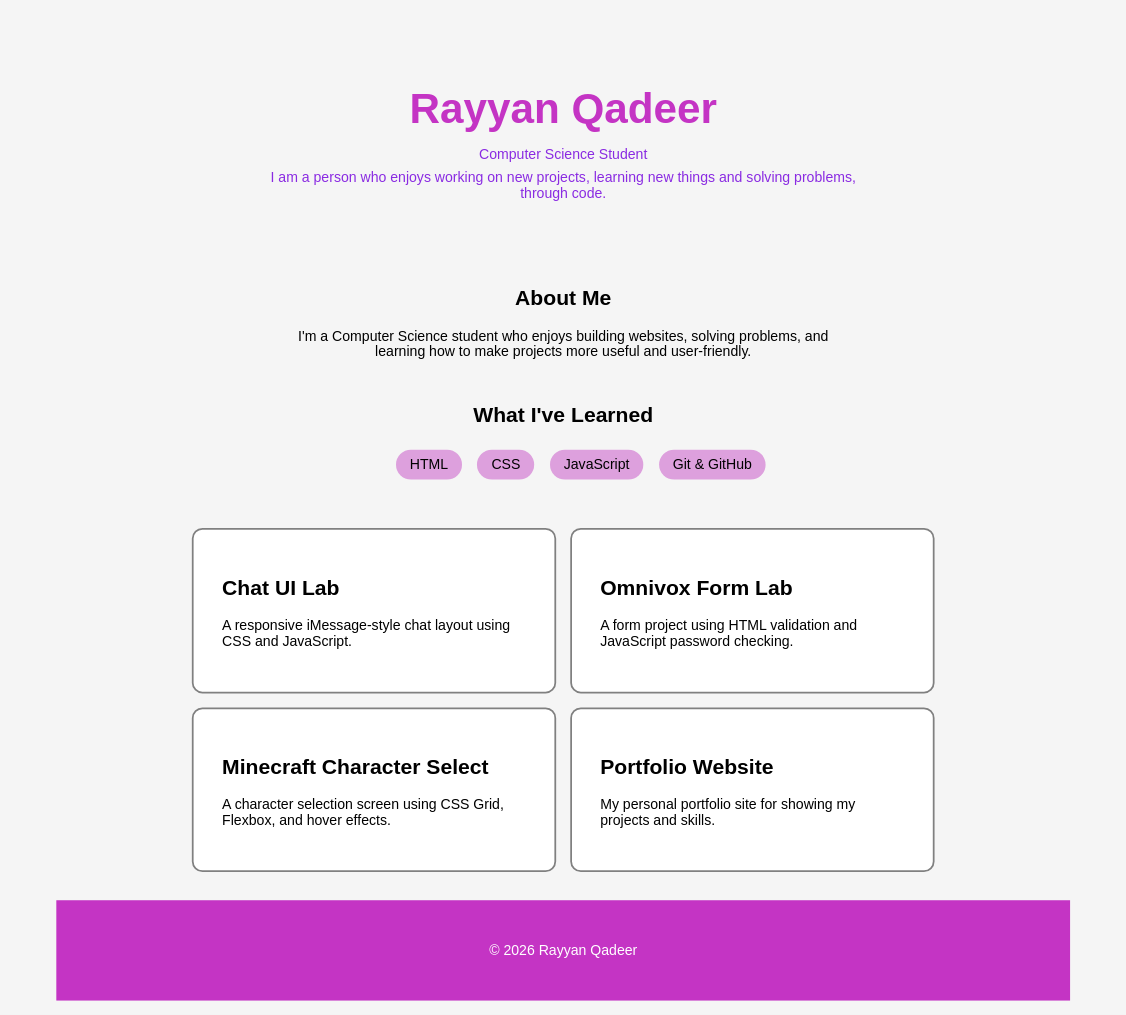
Repository: rayyan-qadeer/rayyan-qadeer
Page: index.html
An editor plug-in stored every save of this project. The page is shown before and after the next save, followed by the edit.
The browser window is 1280 px wide. The pictures show the whole page, at 88% of full size.

Above is the page before, as saved 2026-05-06 13:35:08.

### index.html
<!doctype html>
<html lang="en">
  <head>
    <meta charset="UTF-8" />
    <meta name="viewport" content="width=device-width, initial-scale=1.0" />
    <title>Rayyan Qadeer Portfolio</title>
    <link rel="stylesheet" href="./styles/globals.css" />
    <link rel="stylesheet" href="./styles/index.css" />
  </head>
  <body>
    <main>
      <header>
        <!-- header is clear, but the intro could be a bit more personal -->
        <h1>Rayyan Qadeer</h1>
        <p class="subtitle">Computer Science Student</p>
        <p class="description">
          I am a person who enjoys working on new projects, learning new things
          and solving problems, through code.
        </p>
      </header>

      <section class="about">
        <h2>About Me</h2>
        <p>
          I'm a Computer Science student who enjoys building websites, solving
          problems, and learning how to make projects more useful and
          user-friendly.
        </p>
      </section>

      <section class="skills">
        <h2>What I've Learned</h2>
        <ul>
          <li>HTML</li>
          <li>CSS</li>
          <li>JavaScript</li>
          <li>Git & GitHub</li>
        </ul>
      </section>

      <section class="projects">
        <!-- add more specificity to each project cards title and description instead of placeholder text -->
        <article class="card">
          <h2>Chat UI Lab</h2>
          <p>
            A responsive iMessage-style chat layout using CSS and JavaScript.
          </p>
        </article>

        <article class="card">
          <h2>Omnivox Form Lab</h2>
          <p>
            A form project using HTML validation and JavaScript password
            checking.
          </p>
        </article>

        <article class="card">
          <h2>Minecraft Character Select</h2>
          <p>
            A character selection screen using CSS Grid, Flexbox, and hover
            effects.
          </p>
        </article>

        <article class="card">
          <h2>Portfolio Website</h2>
          <p>My personal portfolio site for showing my projects and skills.</p>
        </article>
      </section>

      <footer>
        <p>© 2026 Rayyan Qadeer</p>
        <!-- the footer works, but its a bit too simple, should include contact links later to make my portfolio stronger -->
      </footer>
    </main>
  </body>
</html>

### styles/globals.css
body {
    margin: 0rem;
    font-family: Arial, Helvetica, sans-serif;
    background-color: whitesmoke;
    color: black;
}

### styles/index.css
main {
  padding: 1rem;
  max-width: 90%;
  margin: 0 auto;
}

header {
  text-align: center;
  margin-bottom: 3rem;
  padding: 3rem 1rem;
}

header h1 {
  font-size: 3rem;
  margin-bottom: 0.5rem;
  color: rgb(196, 52, 196);
}

.subtitle {
  color: blueviolet;
  margin-bottom: 0.5rem;
}

.description {
  max-width: 43.75rem; /* should be % */
  margin: 0 auto;
  color: blueviolet;
}

.about,
.skills {
  text-align: center;
  max-width: 650px; /* should be % */
  margin: 3rem auto;
}

.skills li {
  display: inline-block;
  margin: 0.4rem;
  padding: 0.5rem 1rem;
  background-color: plum;
  border-radius: 1.25rem;
}

.projects {
  display: flex;
  flex-direction: column;
  gap: 1rem;
  margin: 2rem auto;
}

.card {
  background-color: white;
  padding: 2rem;
  border-radius: 0.75rem;
  border: 2px solid gray;
}

/* hover effect works, but it should still b checked on mobile where hover is not useful*/
.card:hover {
  transform: translateY(-4px);
  background-color: plum;
}

footer {
  text-align: center;
  margin-top: 2rem;
  padding: 2rem;
  background-color: rgb(196, 52, 196);
  color: white;
}

/* responsive breakpoints are there, but layout should still be checked and tested on iphone se, pixel 7, ipad mini and ipad pro */
@media (min-width: 768px) {
  .projects {
    flex-direction: row;
    flex-wrap: wrap;
    justify-content: center;
  }

  .card {
    width: 48%;
  }
}

@media (min-width: 1024px) {
  .card {
    width: 30%;
  }
}

After the next save:
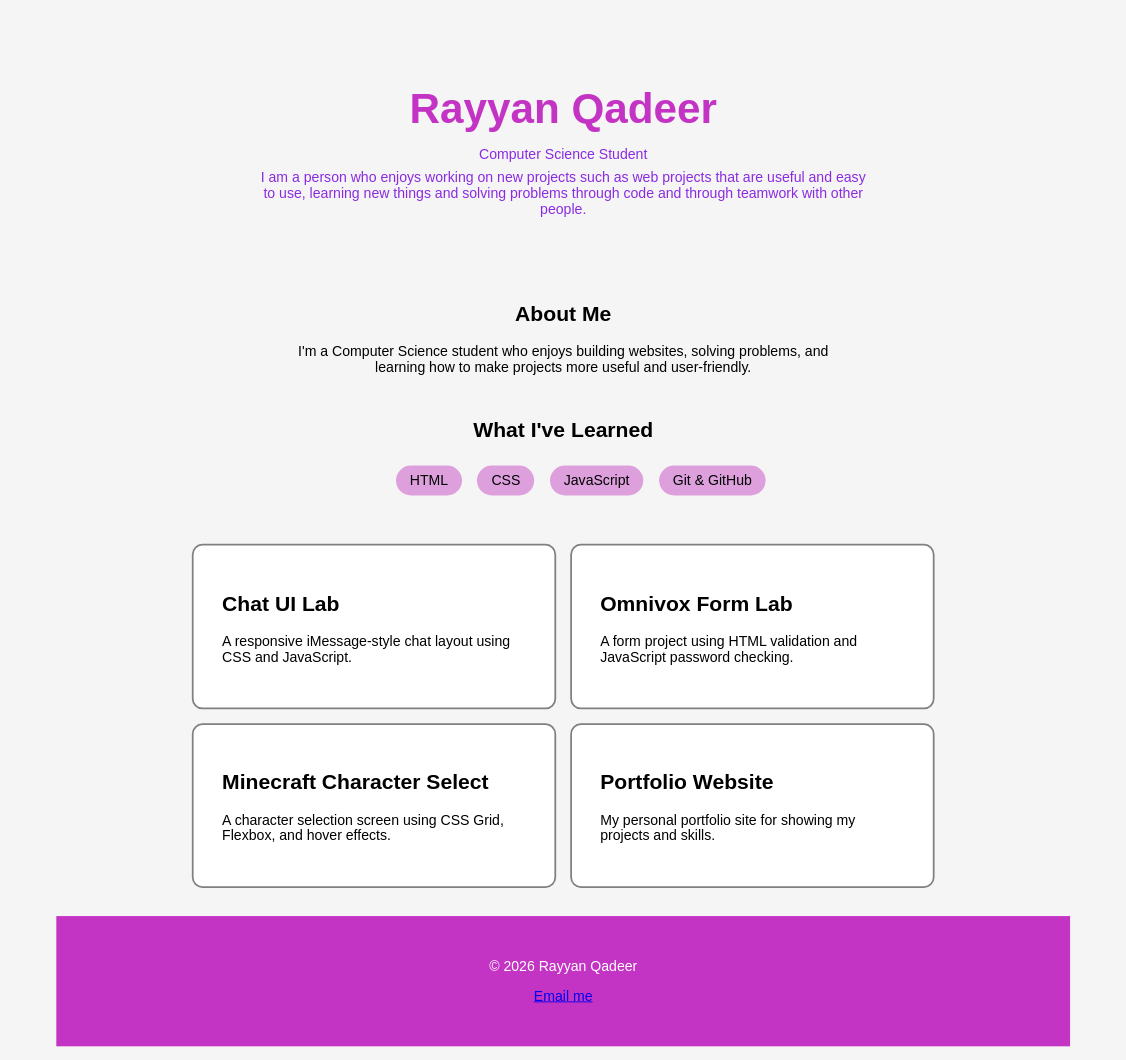
Saved 4 min 25 s later.
--- a/index.html
+++ b/index.html
@@ -10,12 +10,12 @@
   <body>
     <main>
       <header>
-        <!-- header is clear, but the intro could be a bit more personal -->
         <h1>Rayyan Qadeer</h1>
         <p class="subtitle">Computer Science Student</p>
         <p class="description">
-          I am a person who enjoys working on new projects, learning new things
-          and solving problems, through code.
+          I am a person who enjoys working on new projects such as web projects
+          that are useful and easy to use, learning new things and solving
+          problems through code and through teamwork with other people.
         </p>
       </header>
 
@@ -71,7 +71,9 @@
 
       <footer>
         <p>© 2026 Rayyan Qadeer</p>
-        <!-- the footer works, but its a bit too simple, should include contact links later to make my portfolio stronger -->
+        <p>
+          <a href="mailto:rayyanqadeer@outlook.com">Email me</a>
+        </p>
       </footer>
     </main>
   </body>
